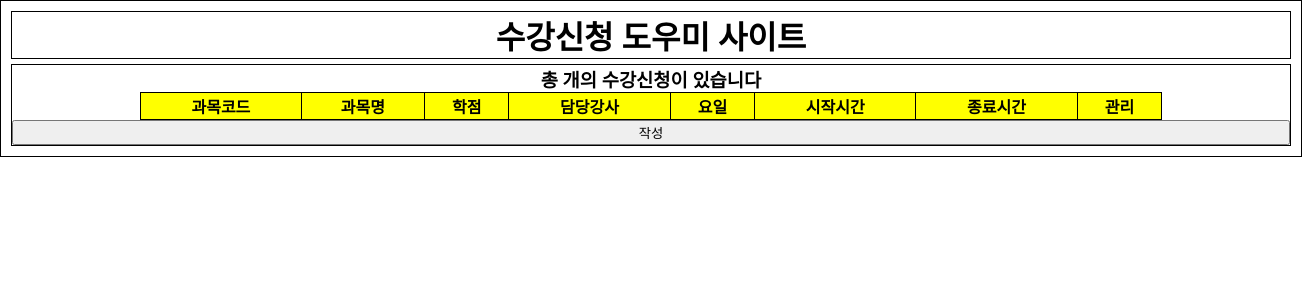
Repository: Tor1a/SpringSet
Page: http://localhost/practice02/WEB-INF/views/home.jsp
An editor plug-in stored every save of this project. The page is shown before and after the next save, followed by the edit.
The browser window is 1280 px wide. The page is 1302 px wide, so the pictures cover 1302 px, including what lies to the right of the window. The pictures show the whole page.
The page is served by Tomcat 9. Nobody is signed in. Other server files are loaded and not shown. The template is opened directly, without the code that normally fills it, so the values that code supplies are empty.

Above is the page before, as saved 2022-04-15 00:18:41.

### practice02/src/main/webapp/WEB-INF/views/home.jsp
<%@ page language="java" contentType="text/html; charset=UTF-8"
	pageEncoding="UTF-8"%>
<%@ taglib prefix="c" uri="http://java.sun.com/jsp/jstl/core"%>
<%@ taglib prefix="fmt" uri="http://java.sun.com/jsp/jstl/fmt"%>




<!DOCTYPE html>
<html>
<head>
<meta charset="UTF-8">
<script src="../js/jquery-3.6.0.min.js"></script>
<link rel="stylesheet"
	href="${pageContext.request.contextPath}/resources/css/home.css">
<script
	src="${pageContext.request.contextPath}/resources/js/course/home.js"></script>

<title>수강신청 도우미 사이트</title>
</head>
<body>

	<div id="container">

		<h1 class="title">수강신청 도우미 사이트</h1>

		<div id="content">
			<h3 class="total">총 ${total}개의 수강신청이 있습니다</h3>

		<table class="liTb">
			<thead>
				<th>과목코드</th>
				<th>과목명</th>
				<th>학점</th>
				<th>담당강사</th>
				<th>요일</th>
				<th>시작시간</th>
				<th>종료시간</th>
				<th>관리</th>
			</thead>

			<c:forEach var="vo" items="${list}">
				<tr>
					<td>${vo.crId}</td>
					<td>${vo.crName}</td>
					<td>${vo.credit}</td>
					<td>${vo.lec_name}</td>
					<td>${vo.crWeek}</td>
					<td><c:if test="${vo.start_hour < 1000}">
							0${vo.start_hour}
						</c:if> <c:if test="${vo.start_hour >= 1000}">
							${vo.start_hour}
						</c:if></td>
					<td>${vo.end_end}</td>
					<td><a href="updateCourseForm.do?crId=${vo.crId}">수정</a> /<a
						href="deleteCourse.do?crId=${vo.crId}">삭제</a></td>
				</tr>
			</c:forEach>
		</table>
		<button class="add" onclick="add()">작성</button>
		</div>
	</div>



</body>
</html>

### practice02/src/main/webapp/resources/css/home.css
@charset "UTF-8";

body, h1, h2, h3, h4, h5, p, ul, li, ol, dd, dt, dl { padding: 0; margin: 0; }

ul {list-style: none;}

a:hover{text-decoration: none;}

body{width: auto; hight: auto;}

#container {display: flex; flex-direction: column;  width: 100%; height: 100%; border: 1px solid black; padding: 10px 10px 10px 10px;}

#content {display:flex; flex-direction: column; justify-content: center; border: 1px solid black;}

#add {display: flex;   width: 80px; hight: 30px; justify-content: center; flex-direction: row-reverse;}

.liTb {margin: auto; border-collapse: collapse; border: 1px solid black; width: 80%;}

.title{display:flex;  flex-direction:row; justify-content:center;  text-align: center; border: 1px solid black; margin-bottom: 5px;}
.total {text-align: center;}



th {text-align: center; border: 1px solid black; background-color: yellow;}
td {text-align: center; border: 1px solid black;}

### practice02/src/main/webapp/resources/js/course/home.js
var crId = document.getElementById('vo.crId');

function deleteBtn(crId){
	if(confirm("삭제 하시겠습니까?")){
		var form = document.getElementById('delCourse');
		form.action = 'deleteCourseForm.do?crId='+crId;
		form.method = "GET";
		form.submit();

		return true;
	}else{

		return false;
	}
}


function add(){
	location.href = "courseAddForm.do";
}

Loaded but not shown: practice02/src/main/webapp/resources/js/jquery-3.6.0.min.js (library)

After the next save:
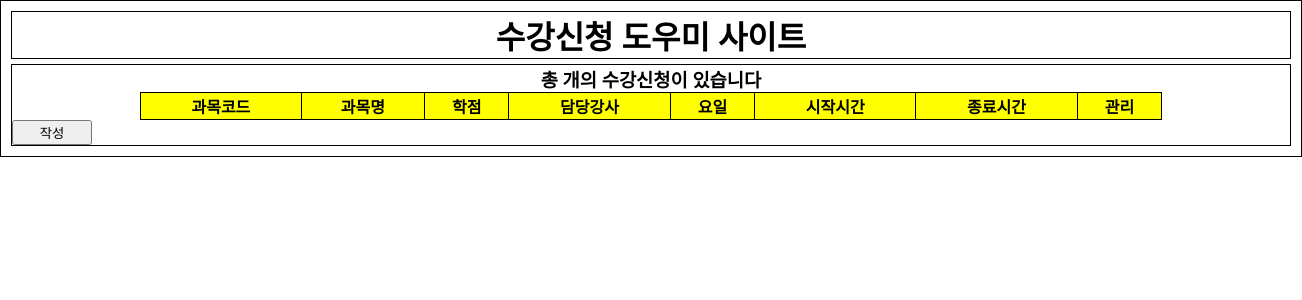
Saved 14 s later.
--- a/practice02/src/main/webapp/resources/css/home.css
+++ b/practice02/src/main/webapp/resources/css/home.css
@@ -12,7 +12,7 @@ body{width: auto; hight: auto;}
 
 #content {display:flex; flex-direction: column; justify-content: center; border: 1px solid black;}
 
-#add {display: flex;   width: 80px; hight: 30px; justify-content: center; flex-direction: row-reverse;}
+#content .add {display: flex;   width: 80px; hight: 30px; justify-content: center; flex-direction: row-reverse;}
 
 .liTb {margin: auto; border-collapse: collapse; border: 1px solid black; width: 80%;}
 
